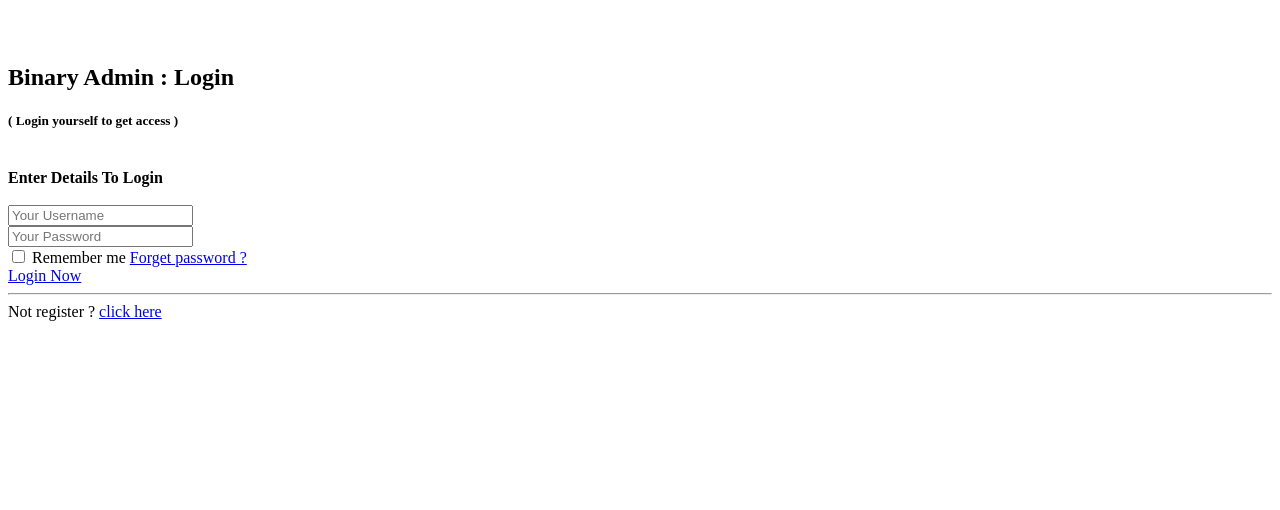
Repository: rauru008/EAD-da-WMBarros
Page: http://localhost/login.php
These files come from the project's save history. The page is drawn as it stood at one moment and after a run of saves; the edit follows.
The browser window is 1280 px wide. The pictures show the whole page.
The page is run by PHP 8.4 with error messages shown; the project is at /var/www/html/.

Above is the page before, as saved 2025-05-06 17:39:59.

After the next 8 saves:
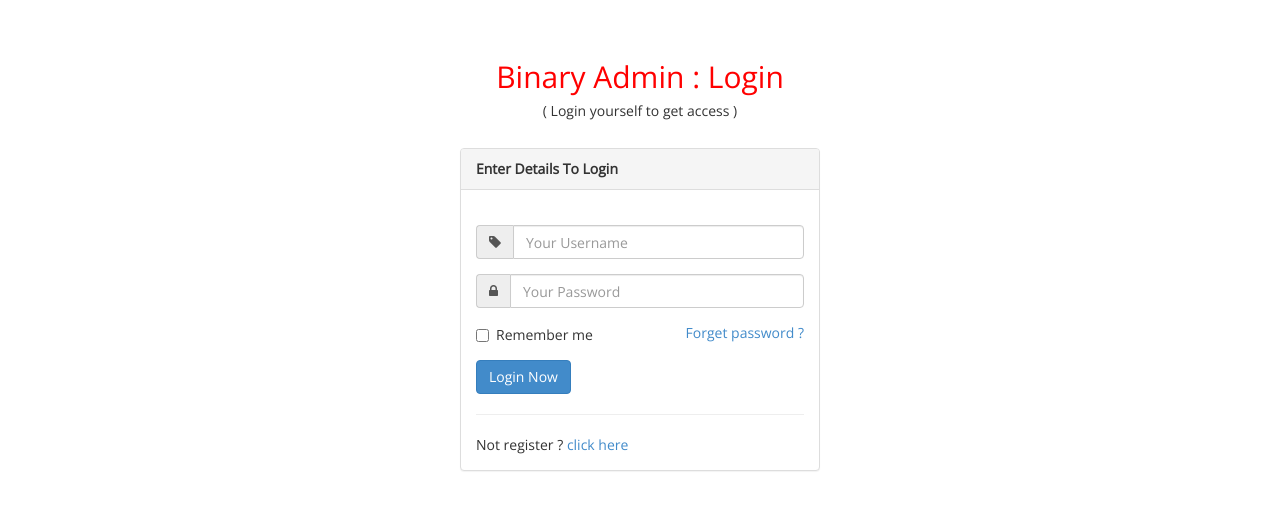
Console error: ReferenceError: Morris is not defined
The 8 saves are shown as one change because they came seconds apart.
The last was saved 44 s later.
--- a/Financeiro/login.php
+++ b/Financeiro/login.php
@@ -2,7 +2,7 @@
 <html xmlns="http://www.w3.org/1999/xhtml">
 
 <?php
-
+include_once '_head.php'
 ?>
 
 <body>

After the 2 saves that followed:
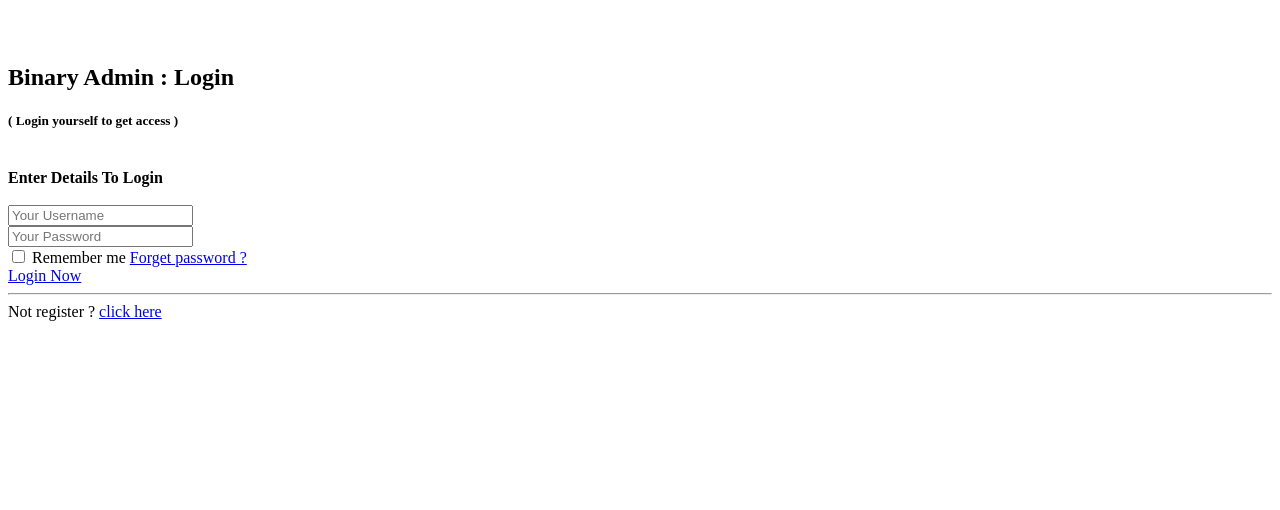
The error is gone.
The 2 saves are shown as one change because 1 left the picture as it was.
The last was saved 15 s later.
--- a/Financeiro/login.php
+++ b/Financeiro/login.php
@@ -2,7 +2,8 @@
 <html xmlns="http://www.w3.org/1999/xhtml">
 
 <?php
-include_once '_head.php'
+
+
 ?>
 
 <body>
